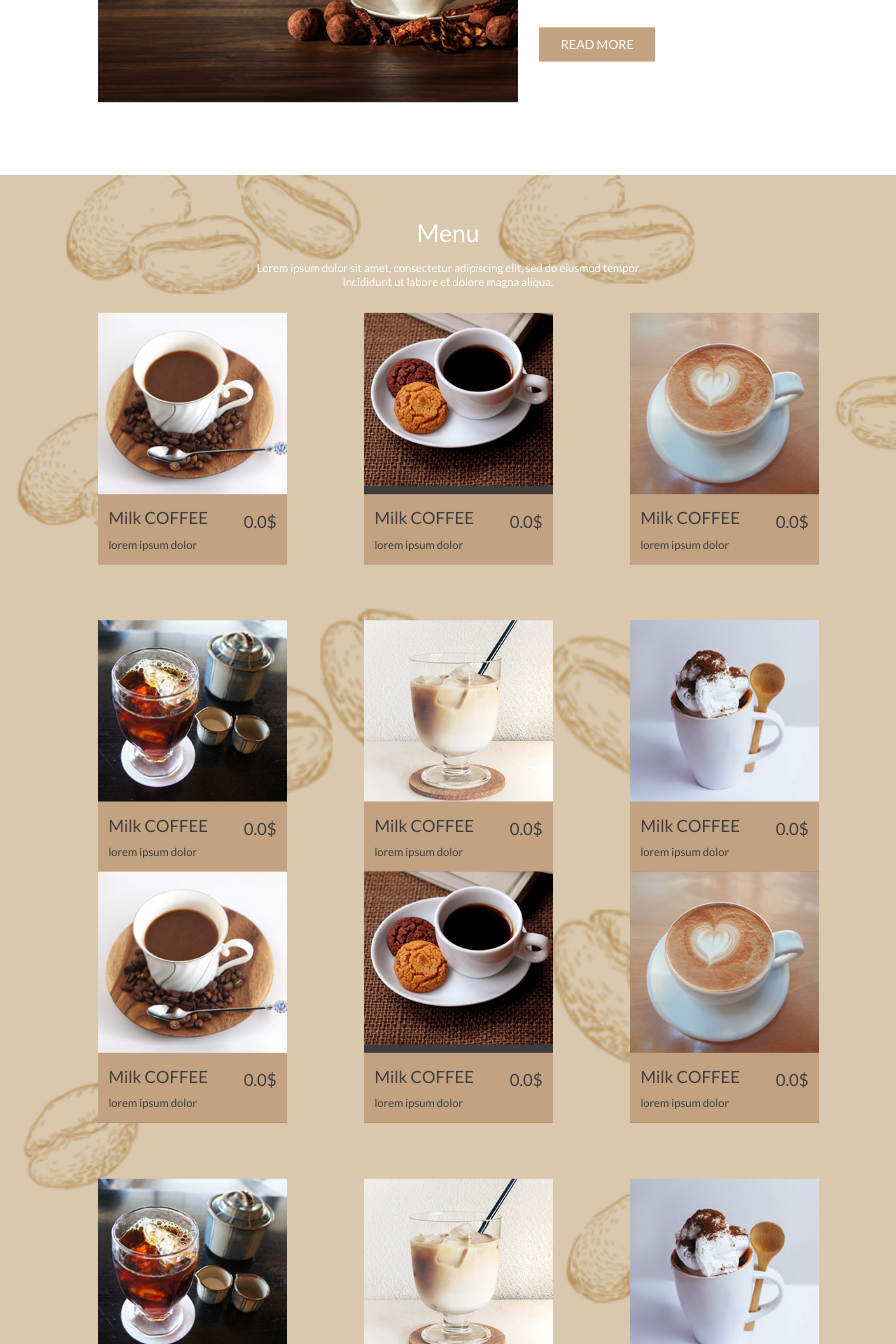
Repository: kuluong2000/coffe
Page: index.html
These files come from the project's save history. The page is drawn as it stood at one moment and after the next save; the edit follows.
The browser window is 1280 px wide. The pictures show the part of the page from y = 1010 to 2930 px (the page is 5500 px tall before and 3904 px after), at 70% of full size.

Above is the page before, as saved 2021-10-06 21:23:35.

### index.html
<!DOCTYPE html>
<html lang="en">
  <head>
    <meta charset="UTF-8" />
    <meta http-equiv="X-UA-Compatible" content="IE=edge" />
    <meta name="viewport" content="width=device-width, initial-scale=1.0" />
    <link rel="stylesheet" href="./libs/css/bootstrap.min.css" />
    <link rel="stylesheet" href="./libs/css/animate.css" />
    <link rel="stylesheet" href="./libs/css/slick-theme.css" />
    <link rel="stylesheet" href="./libs/css/slick.css" />
    <link rel="stylesheet" href="./Assets/css/reset.css" />
    <link rel="stylesheet" href="./Assets/css/style.css" />
    <link rel="stylesheet" href="./Assets/css/responsive.css" />
    <title>Document</title>
  </head>
  <body>
    <header class="header">
      <div class="container">
        <div class="row">
          <div class="header-main">
            <div class="header-menu">
              <a href="#">
                <img src="./Assets/image/logo.png" alt="" srcset="" />
              </a>
            </div>
            <nav>
              <ul class="header-menu">
                <li class="header-menu-item"><a href="#" class="header-menu-link">Home</a></li>
                <li class="header-menu-item"><a href="#" class="header-menu-link">Our Story</a></li>
                <li class="header-menu-item"><a href="#" class="header-menu-link">Menu</a></li>
                <li class="header-menu-item"><a href="#" class="header-menu-link">Order</a></li>
                <li class="header-menu-item"><a href="#" class="header-menu-link">About Us</a></li>
                <li class="header-menu-item"><a href="#" class="header-menu-link">Contact</a></li>
                <li class="header-menu-item"><a href="#" class="header-menu-link">Cart</a></li>
              </ul>
            </nav>
          </div>
        </div>
      </div>
    </header>
    <main>
      <section class="banner">
        <div class="banner-slider">
          <div>
            <div class="banner-img">
              <img src="./Assets/image/banner.jpg" alt="" srcset="" />
            </div>
          </div>
          <div>
            <div class="banner-img">
              <img src="./Assets/image/banner.jpg" alt="" srcset="" />
            </div>
          </div>
          <div>
            <div class="banner-img">
              <img src="./Assets/image/banner.jpg" alt="" srcset="" />
            </div>
          </div>
        </div>

        <div class="container">
          <div class="row">
            <div class="banner-main">
              <div class="banner-content">
                <h1 class="banner-heading">HELLO COFFEE</h1>
                <p class="banner-desc">Lorem ipsum dolor sit amet, consectetur adipiscing elit, sed do eiusmod tempor incididunt ut labore et...</p>
                <a href="#" class="btn"> Read More </a>
              </div>
            </div>
          </div>
        </div>
      </section>
      <section class="story">
        <div class="container">
          <div class="row">
            <div class="story-main">
              <div class="story-media">
                <div class="story-image">
                  <img src="./Assets/image/story.jpg" alt="" />
                </div>
              </div>
              <div class="story-info">
                <div class="story-title">Our Story</div>
                <p class="story-desc">
                  Lorem ipsum dolor sit amet, consectetur adipiscing elit, sed do eiusmod tempor incididunt ut labore et dolore magna aliqua.
                  <br />
                  Ut enim ad minim veniam, quis nostrud exercitation ullamco laboris nisi ut aliquip ex ea commodo consequat.
                </p>
                <a href="#" class="btn">Read More</a>
              </div>
            </div>
          </div>
        </div>
      </section>
      <section class="menu">
        <div class="container">
          <div class="row">
            <div class="menu-main">
              <div class="box">
                <h2 class="title menu-box-title">Menu</h2>
                <p class="desc menu-box-desc">Lorem ipsum dolor sit amet, consectetur adipiscing elit, sed do eiusmod tempor incididunt ut labore et dolore magna aliqua.</p>
              </div>
              <div class="menu-slider">
                <div>
                  <div class="menu-list">
                    <div class="menu-item">
                      <div class="menu-item-image">
                        <img src="./Assets/image/menu_img1.jpg" alt="" />
                      </div>
                      <div class="menu-item-info">
                        <div class="menu-item-content">
                          <h2 class="menu-item-name">Milk COFFEE</h2>
                          <p class="menu-item-desc">lorem ipsum dolor</p>
                        </div>
                        <p class="menu-item-price">0.0$</p>
                      </div>
                    </div>
                    <div class="menu-item">
                      <div class="menu-item-image">
                        <img src="./Assets/image/menu_img2.jpg" alt="" />
                      </div>
                      <div class="menu-item-info">
                        <div class="menu-item-content">
                          <h2 class="menu-item-name">Milk COFFEE</h2>
                          <p class="menu-item-desc">lorem ipsum dolor</p>
                        </div>
                        <p class="menu-item-price">0.0$</p>
                      </div>
                    </div>
                    <div class="menu-item">
                      <div class="menu-item-image">
                        <img src="./Assets/image/menu_img3.jpg" alt="" />
                      </div>
                      <div class="menu-item-info">
                        <div class="menu-item-content">
                          <h2 class="menu-item-name">Milk COFFEE</h2>
                          <p class="menu-item-desc">lorem ipsum dolor</p>
                        </div>
                        <p class="menu-item-price">0.0$</p>
                      </div>
                    </div>
                    <div class="menu-item">
                      <div class="menu-item-image">
                        <img src="./Assets/image/menu_img4.jpg" alt="" />
                      </div>
                      <div class="menu-item-info">
                        <div class="menu-item-content">
                          <h2 class="menu-item-name">Milk COFFEE</h2>
                          <p class="menu-item-desc">lorem ipsum dolor</p>
                        </div>
                        <p class="menu-item-price">0.0$</p>
                      </div>
                    </div>
                    <div class="menu-item">
                      <div class="menu-item-image">
                        <img src="./Assets/image/menu_img5.jpg" alt="" />
                      </div>
                      <div class="menu-item-info">
                        <div class="menu-item-content">
                          <h2 class="menu-item-name">Milk COFFEE</h2>
                          <p class="menu-item-desc">lorem ipsum dolor</p>
                        </div>
                        <p class="menu-item-price">0.0$</p>
                      </div>
                    </div>
                    <div class="menu-item">
                      <div class="menu-item-image">
                        <img src="./Assets/image/menu_img6.jpg" alt="" />
                      </div>
                      <div class="menu-item-info">
                        <div class="menu-item-content">
                          <h2 class="menu-item-name">Milk COFFEE</h2>
                          <p class="menu-item-desc">lorem ipsum dolor</p>
                        </div>
                        <p class="menu-item-price">0.0$</p>
                      </div>
                    </div>
                  </div>
                </div>
                <div>
                  <div class="menu-list">
                    <div class="menu-item">
                      <div class="menu-item-image">
                        <img src="./Assets/image/menu_img1.jpg" alt="" />
                      </div>
                      <div class="menu-item-info">
                        <div class="menu-item-content">
                          <h2 class="menu-item-name">Milk COFFEE</h2>
                          <p class="menu-item-desc">lorem ipsum dolor</p>
                        </div>
                        <p class="menu-item-price">0.0$</p>
                      </div>
                    </div>
                    <div class="menu-item">
                      <div class="menu-item-image">
                        <img src="./Assets/image/menu_img2.jpg" alt="" />
                      </div>
                      <div class="menu-item-info">
                        <div class="menu-item-content">
                          <h2 class="menu-item-name">Milk COFFEE</h2>
                          <p class="menu-item-desc">lorem ipsum dolor</p>
                        </div>
                        <p class="menu-item-price">0.0$</p>
                      </div>
                    </div>
                    <div class="menu-item">
                      <div class="menu-item-image">
                        <img src="./Assets/image/menu_img3.jpg" alt="" />
                      </div>
                      <div class="menu-item-info">
                        <div class="menu-item-content">
                          <h2 class="menu-item-name">Milk COFFEE</h2>
                          <p class="menu-item-desc">lorem ipsum dolor</p>
                        </div>
                        <p class="menu-item-price">0.0$</p>
                      </div>
                    </div>
                    <div class="menu-item">
                      <div class="menu-item-image">
                        <img src="./Assets/image/menu_img4.jpg" alt="" />
                      </div>
                      <div class="menu-item-info">
                        <div class="menu-item-content">
                          <h2 class="menu-item-name">Milk COFFEE</h2>
                          <p class="menu-item-desc">lorem ipsum dolor</p>
                        </div>
                        <p class="menu-item-price">0.0$</p>
                      </div>
                    </div>
                    <div class="menu-item">
                      <div class="menu-item-image">
                        <img src="./Assets/image/menu_img5.jpg" alt="" />
                      </div>
                      <div class="menu-item-info">
                        <div class="menu-item-content">
                          <h2 class="menu-item-name">Milk COFFEE</h2>
                          <p class="menu-item-desc">lorem ipsum dolor</p>
                        </div>
                        <p class="menu-item-price">0.0$</p>
                      </div>
                    </div>
                    <div class="menu-item">
                      <div class="menu-item-image">
                        <img src="./Assets/image/menu_img6.jpg" alt="" />
                      </div>
                      <div class="menu-item-info">
                        <div class="menu-item-content">
                          <h2 class="menu-item-name">Milk COFFEE</h2>
                          <p class="menu-item-desc">lorem ipsum dolor</p>
                        </div>
                        <p class="menu-item-price">0.0$</p>
                      </div>
                    </div>
                  </div>
                </div>
                <div>
                  <div class="menu-list">
                    <div class="menu-item">
                      <div class="menu-item-image">
                        <img src="./Assets/image/menu_img1.jpg" alt="" />
                      </div>
                      <div class="menu-item-info">
                        <div class="menu-item-content">
                          <h2 class="menu-item-name">Milk COFFEE</h2>
                          <p class="menu-item-desc">lorem ipsum dolor</p>
                        </div>
                        <p class="menu-item-price">0.0$</p>
                      </div>
                    </div>
                    <div class="menu-item">
                      <div class="menu-item-image">
                        <img src="./Assets/image/menu_img2.jpg" alt="" />
                      </div>
                      <div class="menu-item-info">
                        <div class="menu-item-content">
                          <h2 class="menu-item-name">Milk COFFEE</h2>
                          <p class="menu-item-desc">lorem ipsum dolor</p>
                        </div>
                        <p class="menu-item-price">0.0$</p>
                      </div>
                    </div>
                    <div class="menu-item">
                      <div class="menu-item-image">
                        <img src="./Assets/image/menu_img3.jpg" alt="" />
                      </div>
                      <div class="menu-item-info">
                        <div class="menu-item-content">
                          <h2 class="menu-item-name">Milk COFFEE</h2>
                          <p class="menu-item-desc">lorem ipsum dolor</p>
                        </div>
                        <p class="menu-item-price">0.0$</p>
                      </div>
                    </div>
                    <div class="menu-item">
                      <div class="menu-item-image">
                        <img src="./Assets/image/menu_img4.jpg" alt="" />
                      </div>
                      <div class="menu-item-info">
                        <div class="menu-item-content">
                          <h2 class="menu-item-name">Milk COFFEE</h2>
                          <p class="menu-item-desc">lorem ipsum dolor</p>
                        </div>
                        <p class="menu-item-price">0.0$</p>
                      </div>
                    </div>
                    <div class="menu-item">
                      <div class="menu-item-image">
                        <img src="./Assets/image/menu_img5.jpg" alt="" />
                      </div>
                      <div class="menu-item-info">
                        <div class="menu-item-content">
                          <h2 class="menu-item-name">Milk COFFEE</h2>
                          <p class="menu-item-desc">lorem ipsum dolor</p>
                        </div>
                        <p class="menu-item-price">0.0$</p>
                      </div>
                    </div>
                    <div class="menu-item">
                      <div class="menu-item-image">
                        <img src="./Assets/image/menu_img6.jpg" alt="" />
                      </div>
                      <div class="menu-item-info">
                        <div class="menu-item-content">
                          <h2 class="menu-item-name">Milk COFFEE</h2>
                          <p class="menu-item-desc">lorem ipsum dolor</p>
                        </div>
                        <p class="menu-item-price">0.0$</p>
                      </div>
                    </div>
                  </div>
                </div>
              </div>
            </div>
          </div>
        </div>
      </section>
      <section class="about">
        <div class="container">
          <div class="row">
            <div class="about-main">
              <div class="box">
                <h2 class="title">About Us</h2>
                <p class="desc">Lorem ipsum dolor sit amet, consectetur adipiscing elit, sed do eiusmod tempor incididunt ut labore et dolore magna aliqua.</p>
              </div>
              <div class="about-list">
                <div class="about-item">
                  <div class="about-avatar">
                    <img src="/Assets/image/about_img1.jpg" alt="" />
                  </div>
                  <div class="about-info">
                    <h2 class="about-name">Lorem Ipsum</h2>
                    <p class="about-position">Lorem ipsum dolor</p>
                    <a href="#" class="btn about-btn">Read More</a>
                  </div>
                </div>
                <div class="about-item">
                  <div class="about-avatar">
                    <img src="/Assets/image/about_img2.jpg" alt="" />
                  </div>
                  <div class="about-info">
                    <h2 class="about-name">Lorem Ipsum</h2>
                    <p class="about-position">Lorem ipsum dolor</p>
                    <a href="#" class="btn about-btn">Read More</a>
                  </div>
                </div>
                <div class="about-item">
                  <div class="about-avatar">
                    <img src="/Assets/image/about_img3.jpg" alt="" />
                  </div>
                  <div class="about-info">
                    <h2 class="about-name">Lorem Ipsum</h2>
                    <p class="about-position">Lorem ipsum dolor</p>
                    <a href="#" class="btn about-btn">Read More</a>
                  </div>
                </div>
              </div>
            </div>
          </div>
        </div>
      </section>
      <section class="contact">
        <div class="container">
          <div class="row">
            <div class="contact-main">
              <div class="contact-form">
                <form action="">
                  <input type="text" placeholder="Name" />
                  <input type="email" name="" id="" placeholder="Email" />
                  <textarea name="" id="" cols="30" rows="10" placeholder="Messenger"></textarea>
                  <a href="#" class="btn form-btn">Send</a>
                </form>
              </div>
              <div class="contact-map">
                <h2 class="contact-name">Contact Us</h2>
                <p class="contact-desc">Lorem ipsum dolor sit amet, consectetur adipiscing elit</p>
                <img src="./Assets/image/contact_img.jpg" alt="" />
              </div>
            </div>
          </div>
        </div>
      </section>
    </main>
    <footer class="footer">
      <div class="container">
        <div class="row">
          <div class="footer-top">
            <div class="footer-item">
              <nav>
                <ul class="footer-menu">
                  <li class="footer-menu-item"><a href="#" class="footer-menu-link">Home</a></li>
                  <li class="footer-menu-item"><a href="#" class="footer-menu-link">Our story</a></li>
                  <li class="footer-menu-item"><a href="#" class="footer-menu-link">Order</a></li>
                  <li class="footer-menu-item"><a href="#" class="footer-menu-link">Contact</a></li>
                </ul>
              </nav>
            </div>
            <div class="footer-item">
              <div class="footer-item-menu">
                <h4 class="footer-menu-title">Menu</h4>
                <a href="#" class="footer-menu-text">Espesso</a>
                <a href="#" class="footer-menu-text">Cappuccino</a>
                <a href="#" class="footer-menu-text">More</a>
              </div>
            </div>
            <div class="footer-item">
              <div class="footer-item-cart">
                <h4 class="footer-cart-title">cart</h4>
              </div>
            </div>
            <div class="footer-item">
              <div class="footer-item-contact">
                <h4 class="footer-contact-title">Contact</h4>
                <p class="footer-contact-address">Address: 17-17 Edo Hori 1 - chome Nishi - ku, Osaka - shi 550-0002</p>
                <a href="tel:0664472020" class="footer-contact-phone">Phone: +06-6447-2020</a>
                <a href="mailto:info@acworks.co.jp" class="footer-contact-email">Email: info@acworks.co.jp</a>
              </div>
            </div>
            <div class="footer-item">
              <div class="footer-item-social">
                <a href="">facebook</a>
                <a href="">Twitter</a>
                <a href="">Instagram</a>
                <a href="">Dribbble</a>
              </div>
            </div>
          </div>
          <div class="footer-bottom">
            <p class="footer-copy">© 2018 AC Works Co., Ltd. All rights reserved.</p>
            <div class="footer-logo">
              <a href="#">
                <img src="./Assets/image/footter_logo.png" alt="" srcset="" />
              </a>
            </div>
          </div>
        </div>
      </div>
    </footer>

    <script src="./libs/Js/jquery-3.5.1.slim.min.js"></script>
    <script src="./libs/Js/bootstrap.min.js"></script>
    <script src="./libs/Js/slick.min.js"></script>
    <script src="./libs/Js/wow.js"></script>
    <script src="./Assets/Js/main.js"></script>
  </body>
</html>

### Assets/css/reset.css
html, body, div, span, applet, object, iframe,
h1, h2, h3, h4, h5, h6, p, blockquote, pre,
a, abbr, acronym, address, big, cite, code,
del, dfn, em, img, ins, kbd, q, s, samp,
small, strike, strong, sub, sup, tt, var,
b, u, i, center,
dl, dt, dd, ol, ul, li,
fieldset, form, label, legend,
table, caption, tbody, tfoot, thead, tr, th, td,
article, aside, canvas, details, embed,
figure, figcaption, footer, header, hgroup,
menu, nav, output, ruby, section, summary,
time, mark, audio, video {
	margin: 0;
	padding: 0;
	border: 0;
	font-size: 100%;
	vertical-align: baseline;
}
/* HTML5 display-role reset for older browsers */
article, aside, details, figcaption, figure,
footer, header, hgroup, menu, nav, section {
	display: block;
}
* {
	box-sizing: border-box;
}
body {
	line-height: 1;
  font-family: 'Muli', sans-serif;


  font-style: normal;
  font-weight: normal;
  font-size: 16px;
  line-height: 32px;
}
ol, ul {
	list-style: none;
}
blockquote, q {
	quotes: none;
}
blockquote:before, blockquote:after,
q:before, q:after {
	content: '';
	content: none;
}
table {
	border-collapse: collapse;
	border-spacing: 0;
}

img {
  max-width: 100%;
	vertical-align: bottom;
}
a {
	outline: none;
}

### Assets/css/responsive.css
@media (min-width:1400px){
    .container{
        max-width: 1170px;
    }
}

### Assets/Js/main.js
$('.banner-slider').slick({
  infinite: true,
  slidesToShow: 1,
  slidesToScroll: 1,
  autoplay: true,
  autoplaySpeed: 2000,
});

Loaded but not shown: libs/css/bootstrap.min.css (library); libs/css/animate.css (library); libs/css/slick-theme.css (library); libs/css/slick.css (common file); libs/Js/jquery-3.5.1.slim.min.js (library); libs/Js/bootstrap.min.js (library); libs/Js/slick.min.js (library); libs/Js/wow.js (library); Assets/css/style.css (447 lines, source omitted)

After the next save:
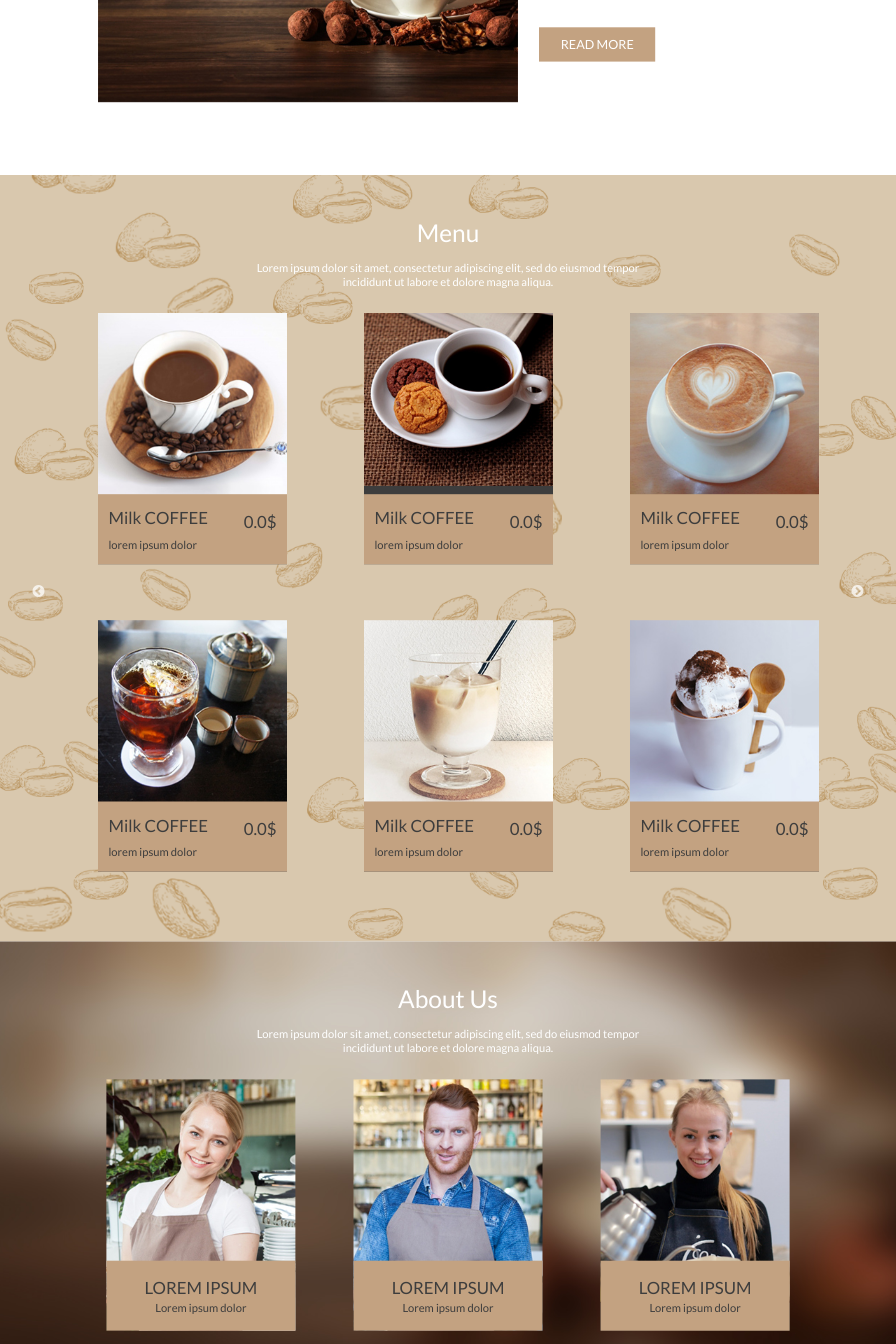
Saved 53 s later.
--- a/Assets/Js/main.js
+++ b/Assets/Js/main.js
@@ -5,3 +5,11 @@ $('.banner-slider').slick({
   autoplay: true,
   autoplaySpeed: 2000,
 });
+
+$('.menu-slider').slick({
+  infinite: true,
+  slidesToShow: 1,
+  slidesToScroll: 1,
+  autoplay: true,
+  autoplaySpeed: 2000,
+});
